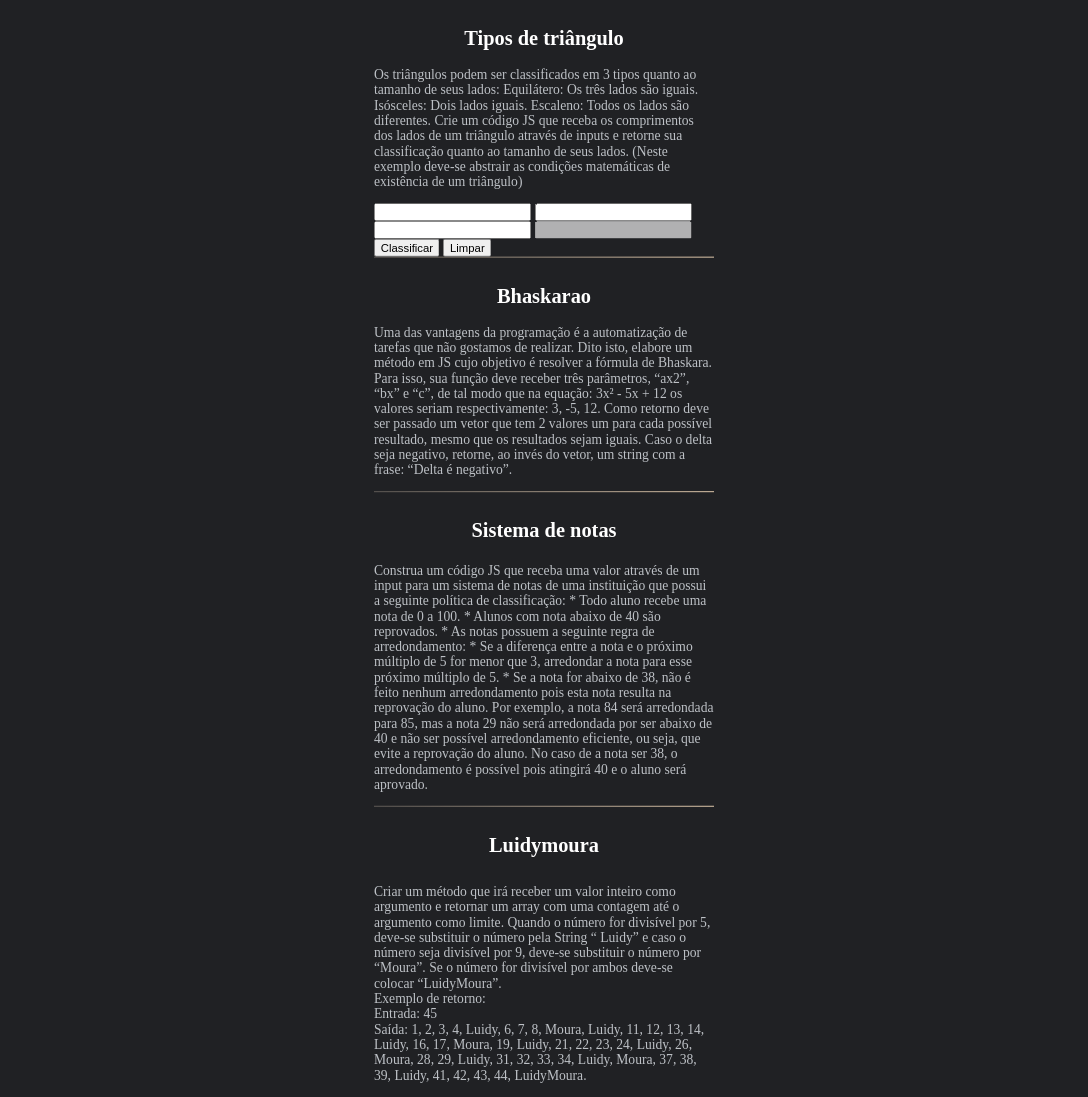
Repository: viviij/Fun-es-Simples-JavaScript
Page: index.html
The author's editor kept a copy of each file at every save. The page is drawn from the files as they stood at one save, then again after the next save.
The browser window is 1280 px wide. The pictures show the whole page, at 85% of full size.

Above is the page before, as saved 2022-08-26 02:51:37.
Console error: TypeError: Cannot set properties of null (setting 'onblur')

### index.html
<!DOCTYPE html>
<html lang="ptBR">
  <head>
    <meta charset="UTF-8">
    <meta http-equiv="X-UA-Compatible" content="IE=edge">
    <meta name="viewport" content="width=device-width, initial-scale=1.0">
    <link rel="stylesheet" href="styles.css">
    <title>Prova C3C</title>
  </head>
  <body>
    <div class="container">
      <section class="Tipos de Triângulo">
        <header>
          <h1>Tipos de triângulo</h1>
          <p>
            Os triângulos podem ser classificados em 3 tipos quanto ao tamanho de seus lados:

            Equilátero: Os três lados são iguais.
            Isósceles: Dois lados iguais.
            Escaleno: Todos os lados são diferentes.

            Crie um código JS que receba os comprimentos dos lados de um triângulo através de inputs e retorne sua classificação quanto ao tamanho de seus lados. (Neste exemplo deve-se abstrair as condições matemáticas de existência de um triângulo)
          </p>

        </header>
        <div class="main">
          <input type="number" name="trianguloLado1" id="trianguloLado1"/>
          <input type="number" name="trianguloLado2" id="trianguloLado2"/>
          <input type="number" name="trianguloLado3" id="trianguloLado3"/>

          <input type="text" name="tipoDeTriangulo" id="tipoDeTriangulo" disabled/>

          <button id="classificacaoTriangulo">Classificar</button>
          <button id="limparInputBotao">Limpar</button>
        </div>
      </section>

      <div class="linhaDivisaoDasQuestoes"></div>

      <section class="Bhaskara">
        <h2>Bhaskarao</h2>
        <p>Uma das vantagens da programação é a automatização de tarefas que não gostamos de realizar. Dito isto, elabore um método em JS cujo objetivo é resolver a fórmula de Bhaskara.

          Para isso, sua função deve receber três parâmetros, “ax2”, “bx” e “c”, de tal modo que na equação: 3x² - 5x + 12 os valores seriam respectivamente: 3, -5, 12.

          Como retorno deve ser passado um vetor que tem 2 valores um para cada possível resultado, mesmo que os resultados sejam iguais.

          Caso o delta seja negativo, retorne, ao invés do vetor, um string com a frase: “Delta é negativo”.</p>
      </section>

      <div class="linhaDivisaoDasQuestoes"></div>

      <section class="Sistema de Notas">
        <h3>Sistema de notas</h3>
        <p>Construa um código JS que receba uma valor através de um input para um sistema de notas de uma instituição que possui a seguinte política de classificação:

          * Todo aluno recebe uma nota de 0 a 100.
          * Alunos com nota abaixo de 40 são reprovados.
          * As notas possuem a seguinte regra de arredondamento:
            * Se a diferença entre a nota e o próximo múltiplo de 5 for menor que 3, arredondar a nota para esse próximo múltiplo de 5.
            * Se a nota for abaixo de 38, não é feito nenhum arredondamento pois esta nota resulta na reprovação do aluno.

          Por exemplo, a nota 84 será arredondada para 85, mas a nota 29 não será arredondada por ser abaixo de 40 e não ser possível arredondamento eficiente, ou seja, que evite a reprovação do aluno.
          No caso de a nota ser 38, o arredondamento é possível pois atingirá 40 e o aluno será aprovado.</p>
      </section>

      <div class="linhaDivisaoDasQuestoes"></div>

      <section class="LuidyMoura">
        <h4>Luidymoura</h4>
        <p>Criar um método que irá receber um valor inteiro como argumento e retornar um array com uma contagem até o argumento como limite.

          Quando o número for divisível por 5, deve-se substituir o número pela String “ Luidy” e caso o número seja divisível por 9, deve-se substituir o número por  “Moura”.
          Se o número for divisível por ambos deve-se colocar “LuidyMoura”.
          <br/>
          Exemplo de retorno:
          <br/>

          Entrada:
          45
          <br/>

          Saída:
          1, 2, 3, 4, Luidy, 6, 7, 8, Moura, Luidy, 11, 12, 13, 14, Luidy, 16, 17, Moura, 19, Luidy, 21, 22, 23, 24, Luidy, 26, Moura, 28, 29, Luidy, 31, 32, 33, 34, Luidy, Moura, 37, 38, 39, Luidy, 41, 42, 43, 44, LuidyMoura.</p>
      </section>
    </div>
    <script src="./js/tipos_de_triangulo.js"></script>
    <script src="./js/sistema_de_notas.js"></script>
    <script src="./js/luidymoura.js"></script>
    <script src="./js/bhaskara.js"></script>
  </body>
</html>

### styles.css
body {
  margin: 0;
  padding: 0;
  box-sizing: border-box;
  background: var(--background-color);
  display: flex;
  justify-content: center;
}

a {
  text-decoration: none;
}

ul {
  list-style: none;
}

:root {
  /*CORES GLOBAIS*/
  --text-color: #bdc1c6;
  --background-color: #202124;
  --title-color: #ffffff;

}

.container section {
  max-height: auto;
  max-width: 400px;
}

section {
  color: var(--text-color);
  margin-top: 2rem;
}

.container .linhaDivisaoDasQuestoes {
  height: 1px;
  background: linear-gradient(270deg,
      hsla(33, 100%, 88%, 1) 0%,
      hsla(33, 65%, 88%, 0.34) 100%);
}

section h1,
h2,
h3,
h4,
h5 {
  display: flex;
  justify-content: center;
  font-size: 1.5rem;
  color: var(--title-color);
}

.container .questao_1 {}

.container .questao_2 {}

.container .questao_3 {}

.container .questao_4 {}

### js/tipos_de_triangulo.js
//Selecionando itens do HTML
const t1 = document.querySelector("#trianguloLado1");
const t2 = document.querySelector("#trianguloLado2");
const t3 = document.querySelector("#trianguloLado3");
const tr = document.querySelector("#tipoDeTriangulo");
const ct = document.querySelector("#classificacaoTriangulo") ;
const lib = document.querySelector("#limparInputBotao");
//Marcar "erro" caso alguma resposta nao seja preenchida
t1.onblur = () => {
  if(t1.value == "") {
    t1.style = "border-color: #aa0044";
  }else{
    t1.style = "color: #000000";
  }
}

t2.onblur = () => {
  if(t2.value == "") {
    t2.style = "border-color: #aa0044";
  }else{
    t2.style = "color: #000000";
  }
}

t3.onblur = () => {
  if(t3.value == "") {
    t3.style = "border-color: #aa0044";
  }else{
    t3.style = "color: #000000";
  }
}

//Limpar input apos clicar no botao Limpar
lib.onclick = () => {
  t1.value = "";
  t2.value = "";
  t3.value = "";
}

//Classificar o tipo de triangulo apos clicar no botao Classificar
ct.onclick = () => {
  tr.value = ""
  if (t1.value == "" && t2.value != "" && t3.value != "") {
    t1.focus();
  }else if (t2.value == "" && t1.value != "" && t3.value != "") {
    t2.focus();
  }else if (t3.value == "" && t1.value != "" && t2.value != "") {
    t3.focus();
  }

  if (t1.value != t2.value && t1.value != t3.value && t2.value != t3.value) {
    tr.value = "Escaleno: Todos os lados são diferentes.";

  }else if (t1.value == t2.value && t1.value == t3.value && t2.value == t3.value) {
    tr.value = "Equilátero: Os três lados são iguais.";

  }else{
    tr.value = "Isósceles: Dois lados iguais.";

  }
}

### js/bhaskara.js
//Selecionando itens do HTML
const bhaskaVA = document.querySelector("#bhaskaraValorA");
const bhaskaVB = document.querySelector("#bhaskaraValorB");
const bhaskaVC = document.querySelector("#bhaskaraValorC");
const resBhaska = document.querySelector("#resultadoBhaskara");
const calcBhaska = document.querySelector("#calcularBhaskara");
//Marcar "erro" caso alguma resposta nao seja preenchida
bhaskaVA.onblur = () => {
  if(bhaskaVA.value == "") {
    bhaskaVA.style = "border-color: #aa0044";
  }else{
    bhaskaVA.style = "color: #000000";
  }
}

bhaskaVB.onblur = () => {
  if(bhaskaVB.value == "") {
    bhaskaVB.style = "border-color: #aa0044";
  }else{
    bhaskaVB.style = "color: #000000";
  }
}

bhaskaVC.onblur = () => {
  if(bhaskaVC.value == "") {
    bhaskaVC.style = "border-color: #aa0044";
  }else{
    bhaskaVC.style = "color: #000000";
  }
}

//Calcular os valores de bhaskara


calcBhaska.onclick = () => {
  //Dar foco no input vazio
  if (bhaskaVA.value == "" && bhaskaVB.value != "" && bhaskaVC.value != "") {
    bhaskaVA.focus();
  }else if (bhaskaVB.value == "" && bhaskaVA.value != "" && bhaskaVC.value != "") {
    bhaskaVB.focus();
  }else if (bhaskaVC.value == "" && bhaskaVA.value != "" && bhaskaVB.value != "") {
    bhaskaVC.focus();
  }

  if (bhaskaVC.value != "" && bhaskaVA.value != "" && bhaskaVB.value != ""){
    //Função de bhaskara
    const valorDelta = (bhaskaVB.value*bhaskaVB.value) - 4*bhaskaVA.value*(bhaskaVC.value);

    if(valorDelta < 0) {
      resBhaska.value = "Delta é negativo";
    }else{
      let calculoDeX = (-bhaskaVB.value+Math.sqrt(valorDelta))/(2*bhaskaVA.value);
      let calculoDeX2 = (-bhaskaVB.value-Math.sqrt(valorDelta))/(2*bhaskaVA.value);
      bhaskaVA.value = ""
      bhaskaVB.value = ""
      bhaskaVC.value = ""

      resBhaska.value = [calculoDeX, calculoDeX2];
    }
  }
}

Loaded but not shown: js/sistema_de_notas.js (no stored copy; drawn as an empty file); js/luidymoura.js (no stored copy; drawn as an empty file)

After the next save:
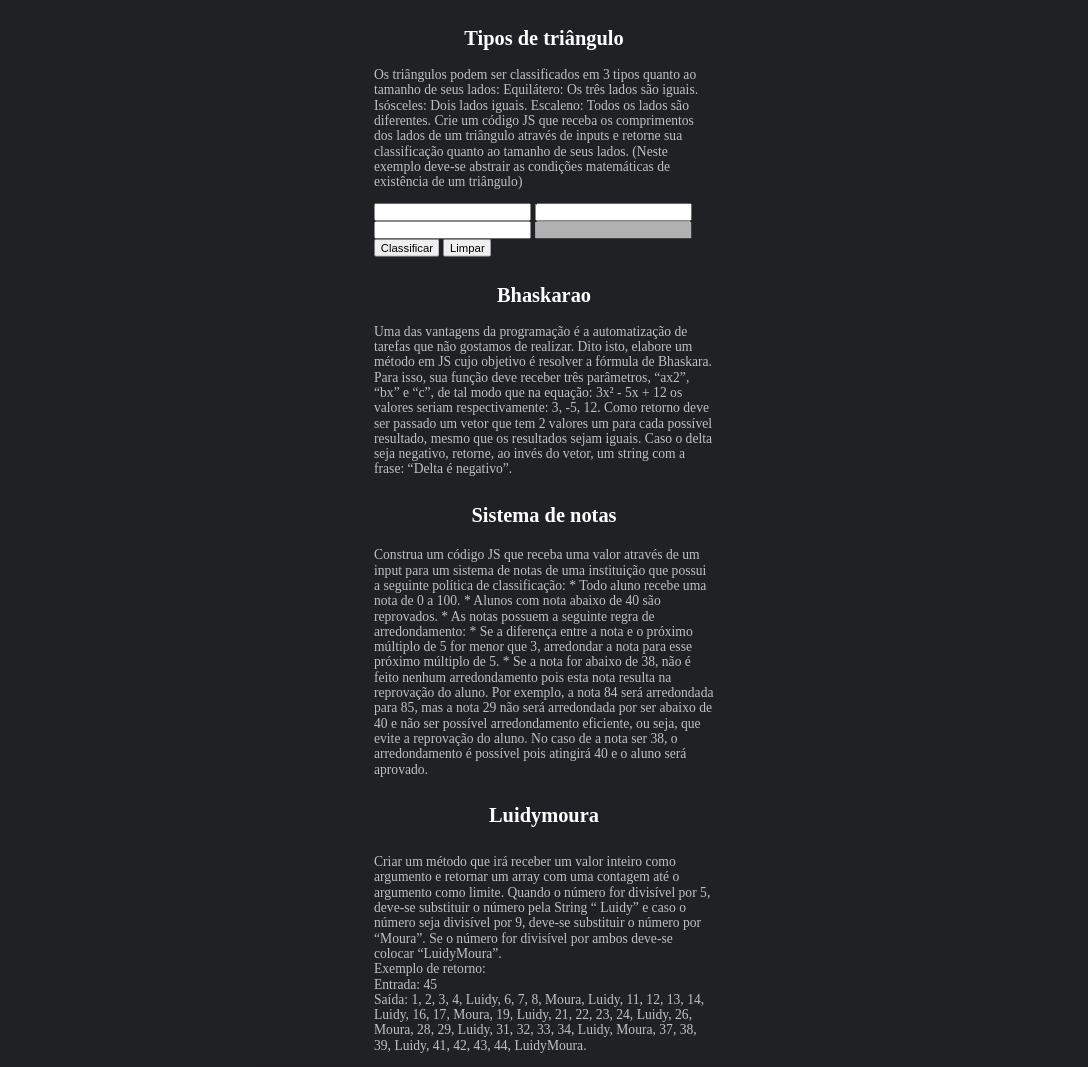
Saved 91 s later.
--- a/styles.css
+++ b/styles.css
@@ -33,7 +33,7 @@ section {
   margin-top: 2rem;
 }
 
-.container .linhaDivisaoDasQuestoes {
+.container .linhaDeDivisaoDasQuestoes {
   height: 1px;
   background: linear-gradient(270deg,
       hsla(33, 100%, 88%, 1) 0%,

After the save that followed:
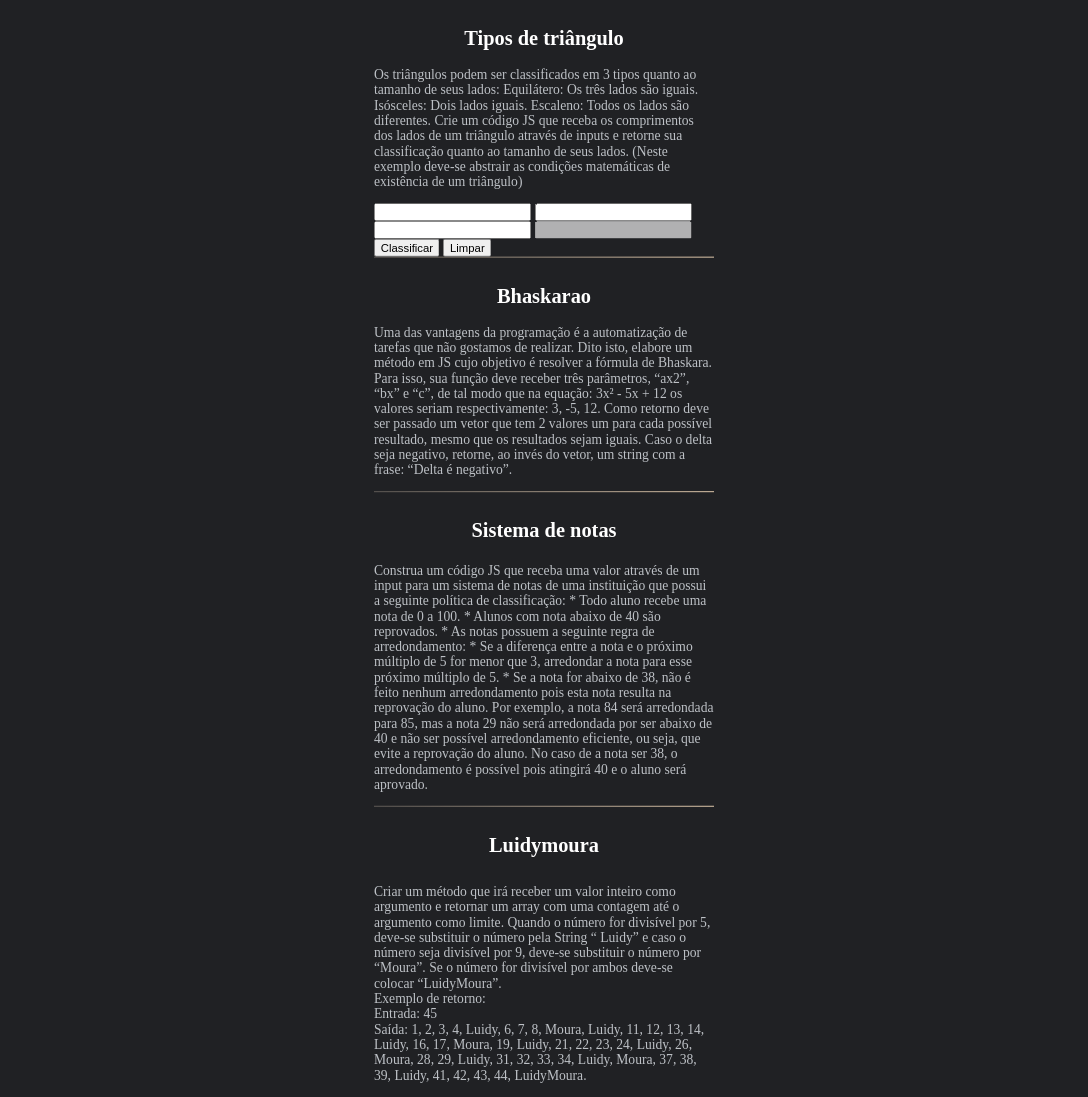
Saved 11 s later.
--- a/index.html
+++ b/index.html
@@ -35,7 +35,7 @@
         </div>
       </section>
 
-      <div class="linhaDivisaoDasQuestoes"></div>
+      <div class="linhaDeDivisaoDasQuestoes"></div>
 
       <section class="Bhaskara">
         <h2>Bhaskarao</h2>
@@ -48,7 +48,7 @@
           Caso o delta seja negativo, retorne, ao invés do vetor, um string com a frase: “Delta é negativo”.</p>
       </section>
 
-      <div class="linhaDivisaoDasQuestoes"></div>
+      <div class="linhaDeDivisaoDasQuestoes"></div>
 
       <section class="Sistema de Notas">
         <h3>Sistema de notas</h3>
@@ -64,7 +64,7 @@
           No caso de a nota ser 38, o arredondamento é possível pois atingirá 40 e o aluno será aprovado.</p>
       </section>
 
-      <div class="linhaDivisaoDasQuestoes"></div>
+      <div class="linhaDeDivisaoDasQuestoes"></div>
 
       <section class="LuidyMoura">
         <h4>Luidymoura</h4>
